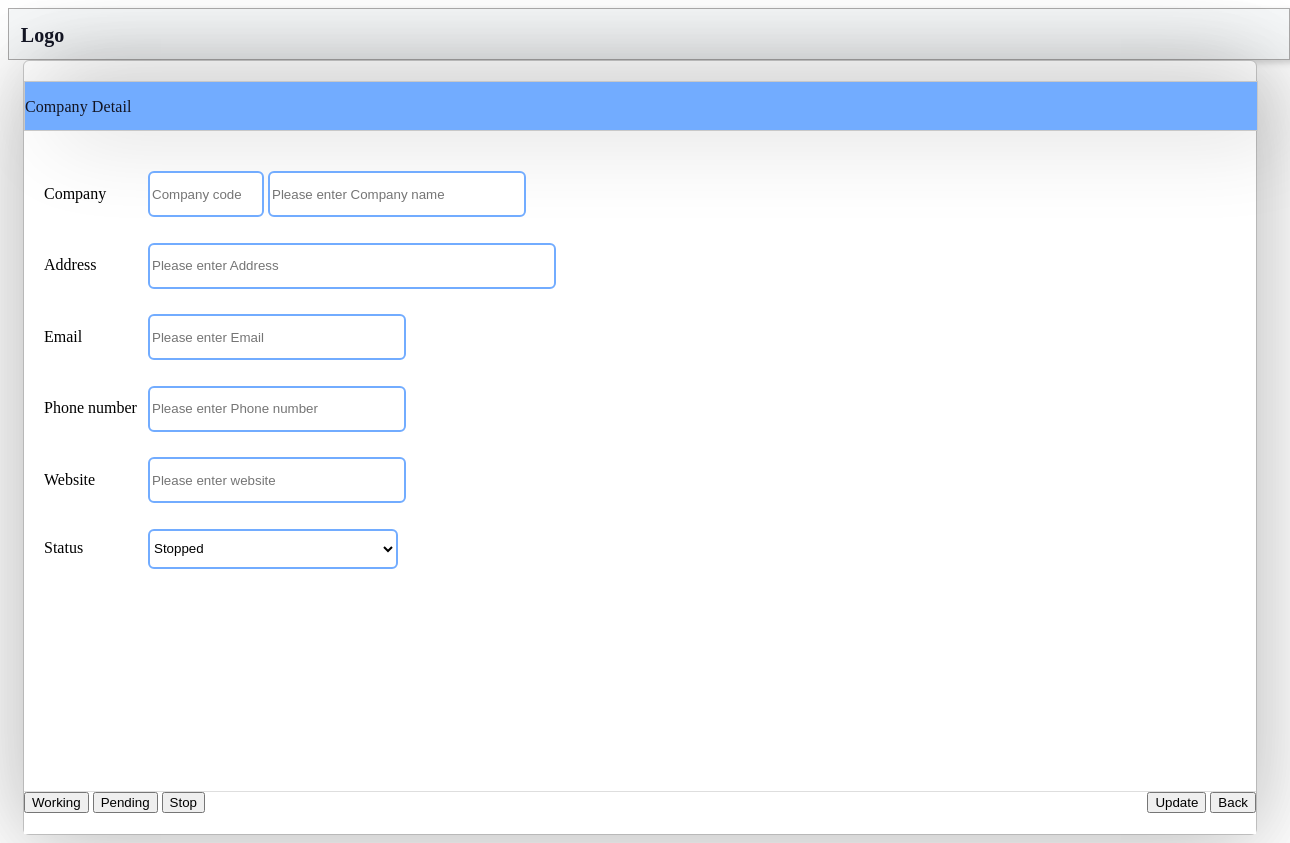
Repository: Zain1409/company
Page: client/html/CompanyDetail.html
An editor plug-in stored every save of this project. The page is shown before and after the next save, followed by the edit.
The browser window is 1280 px wide. The page is 1290 px wide, so the pictures cover 1290 px, including what lies to the right of the window. The pictures show the whole page.

Above is the page before, as saved 2021-04-04 21:40:09.

### client/html/CompanyDetail.html
<!DOCTYPE html>
<html lang="en">
<head>
    <meta charset="UTF-8">
    <meta http-equiv="X-UA-Compatible" content="IE=edge">
    <meta name="viewport" content="width=device-width, initial-scale=1.0">
    <link rel="stylesheet" href="./../css/CompanyDetail.css">
    <title>Company Detail</title>
</head>
<body>
    <div class="header">
        <p>Logo</p>
    </div>
    <div class="container">
        <div id="content">
            <div id="head">
                <p>Company Detail</p>
            </div>
            <form id="form">
                <label id="properties">Company</label> <input id="code" type="text" placeholder="Company code" style="width: 108px;"> <input id="name" type="text" placeholder="Please enter Company name">
                <br>
                <br>
                <label id="properties">Address</label> <input id="address" type="text" placeholder="Please enter Address" style="width: 400px;
                height: 40px;">
                <br>
                <br>
                <label id="properties">Email</label> <input id="email" type="text" placeholder="Please enter Email" >
                <br>
                <br>
                <label id="properties">Phone number</label> <input id="phone_number" type="text" placeholder="Please enter Phone number" >
                <br>
                <br>
                <label id="properties">Website</label> <input id="website" type="text" placeholder="Please enter website " >
                <br>
                <br>
                <label id="properties">Status</label> <select name="" id="form_select">
                    <option value="stopped">Stopped</option>
                    <option value="working">Working</option>
                    <option value="pending">Pending</option>
                    </select>
                </select>
            </form>
            <div id="footer">
                <div id="button_left">
                    <button>Working</button>
                    <button>Pending</button>
                    <button>Stop</button>
                </div>
                <div id="button_right">
                    <button>Update</button>
                    <button>Back</button>
                </div>
            </div>
        </div>
        <!-- <div id="footer">
            <div id="button_left">
                <button>Working</button>
                <button>Pending</button>
                <button>Stop</button>
            </div>
            <div id="button_right">
                <button>Update</button>
                <button>Back</button>
            </div>
        </div> -->
    </div>
</body>
</html>

### client/css/CompanyDetail.css
.header{
    width: 1280px;
    height: 50px;
    background: #F6F8F9 0% 0% no-repeat padding-box;
    box-shadow: 30px 3px 6px #00000029;
    border: 0.5px solid #ACABAB;
    opacity: 1;
    margin: auto;

}
.header p{
    width: 67px;
    height: 39px;
    text-align: left;
    font-weight: bold;
    font-size: 20px;
    color: #131523;
    opacity: 1;
    text-align: center;
    padding-top: 15px;
    margin: 0;
}
.container{
    width: 1232px;
    height: 624px;
    background: #FFFFFF 0% 0% no-repeat padding-box;
    box-shadow: 0px 3px 90px #00000029;
    border: 0.5px solid #C8C8C8;
    border-radius: 6px;
    opacity: 1;
    padding-top: 20px;
    margin: auto;
}
.container{
    margin: auto;
    width: 1232px;
    height: auto;
    padding-top: 20px;
}

#content{
    clear: both;
    width: 1232px;
    height: 753px;
    background: #FFFFFF 0% 0% no-repeat padding-box;
    box-shadow: 0px 3px 90px #00000029;
    opacity: 1;
}
#head{
    width: 1232px;
    height: 48px;
    background: #72ACFF 0% 0% no-repeat padding-box;
    box-shadow: 30px 3px 90px #00000029;
    border: 0.5px solid #C8C8C8;
    opacity: 1;
}
#head p{
    text-align: left;
    font: normal normal medium 20px/30px Poppins;
    letter-spacing: 0.08px;
    color: #131523;
    opacity: 1;
}
#form{
    width: 600px;
    float: left;
    height: 600px;
    margin: 20px;
    padding-top: 20px;

}
#form input{
    width: 250px;
    height: 40px;
    background: #FFFFFF 0% 0% no-repeat padding-box;
    border: 2px solid #72ACFF;
    border-radius: 6px;
    opacity: 1;
}
#form_select{
    clear: both;
    width: 250px;
    height: 40px;
    background: #FFFFFF 0% 0% no-repeat padding-box;
    border: 2px solid #72ACFF;
    border-radius: 6px;
    opacity: 1;
}
#properties{
    width: 100px;
    height: 40px;
    opacity: 1;
    display: inline-block;
}
#footer{
    clear: both;
    border-top: 1px solid #DEDEDE;
    background-color: yellow;
}
#button_left{
    float: left;
}
#button_right{
    float: right;
}

After the next save:
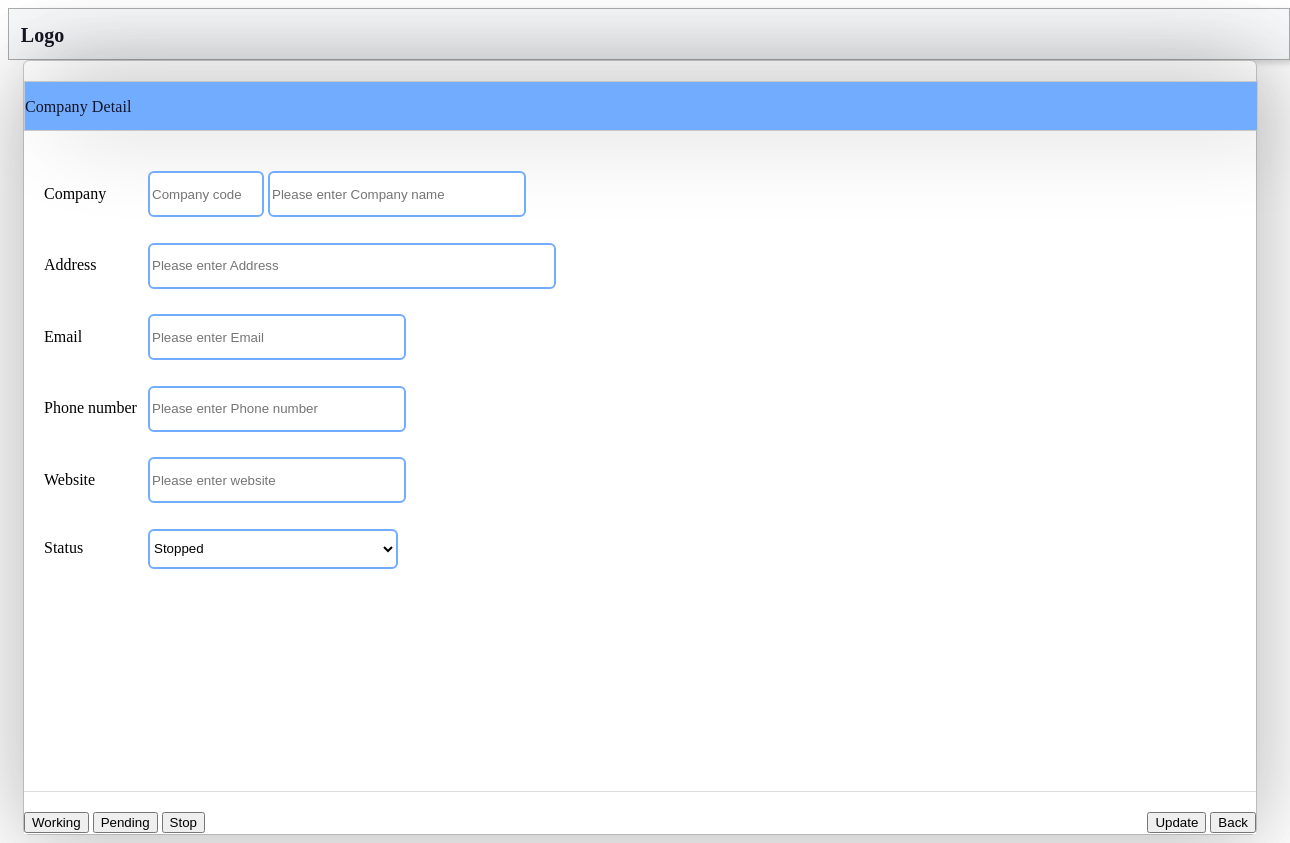
Saved 23 s later.
--- a/client/css/CompanyDetail.css
+++ b/client/css/CompanyDetail.css
@@ -95,7 +95,7 @@
 #footer{
     clear: both;
     border-top: 1px solid #DEDEDE;
-    background-color: yellow;
+    padding-top: 20px;
 }
 #button_left{
     float: left;
